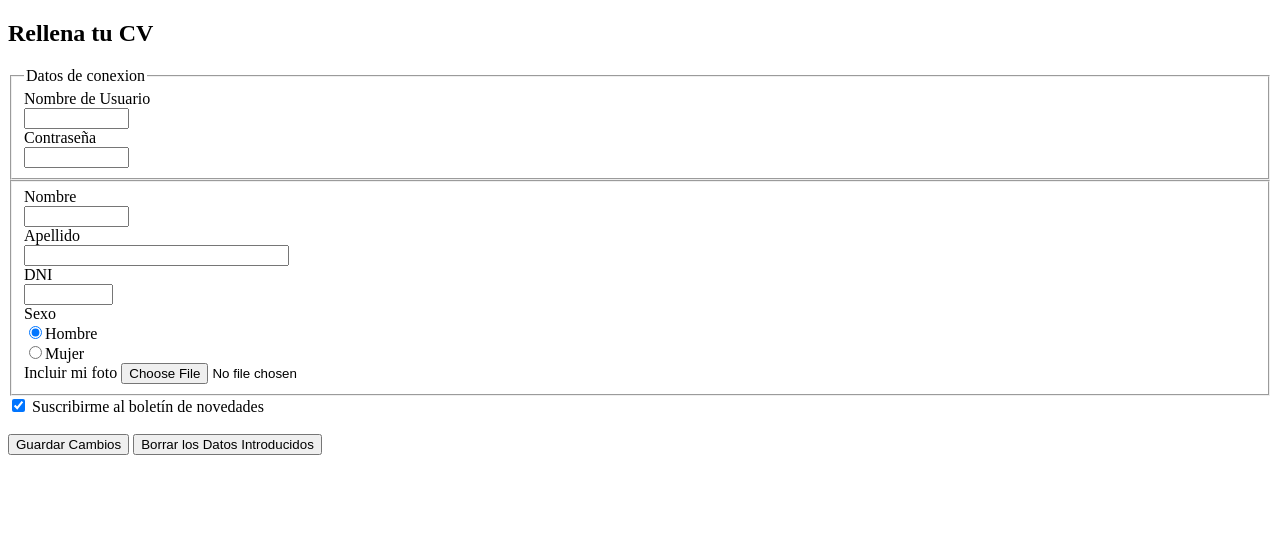
Repository: GonzaDelgado/JavaProjects
Page: modulo_html/WebContent/Form_avanzado.html
The author's editor kept a copy of each file at every save. The page is drawn from the files as they stood at one save, then again after the next save.
The browser window is 1280 px wide. The pictures show the whole page.

Above is the page before, as saved 2021-02-08 14:57:47.

### modulo_html/WebContent/Form_avanzado.html
<!DOCTYPE html>
<html>
<head>
<meta charset="UTF-8">
<title>Formulario Avanzado</title>
</head>
<body>
	<h2>Rellena tu CV</h2>
	<form action=".." method="post" enctype="multipart/form-data">
	<fieldset><legend>Datos de conexion</legend>
	<label for="nombre_usuario">Nombre de Usuario</label> <br/>
	<input type ="text" size="10" name="nombre_usuario" value="" maxlength="30"/><br>
	<label for="psw">Contraseña</label> <br/>
	<input type ="password" size="10" name="psw" value="" maxlength="10"/><br>
	</fieldset>
	<fieldset>
	<label for="nombre">Nombre</label> <br/>
	<input type ="text" size="10" name="nombre" value="" maxlength="30"/><br>
	<label for="apellido">Apellido</label> <br/>
	<input type ="text" size="30" name="apellido" value="" maxlength="80"/><br>
	<label for="dni">DNI</label> <br/>
	<input type="text" size="8" name="dni" value="" maxlength="10"/><br>
	<label for="sexo">Sexo</label> <br/>
	<input type="radio" name="sexo" value="hombre" checked="checked"/><label for="hombre">Hombre</label> <br/>
	<input type="radio" name="sexo" value="mujer"/><label for="mujer">Mujer</label> <br/>
	<label for="adjunto">Incluir mi foto</label> <input type="file" name="adjunto" /><br>
	</legend></fieldset>
	<input name="suscripcion_boletin" type="checkbox" value="suscripcion_boletin" checked="checked"/>
	<label for="suscripcion_boletin">Suscribirme al boletín de novedades</label> <br/><br>
	<input type="submit" name="guardar_cambios" value="Guardar Cambios">
	<input type="reset" name="limpiar" value="Borrar los Datos Introducidos">

	</form>
</body>
</html>

After the next save:
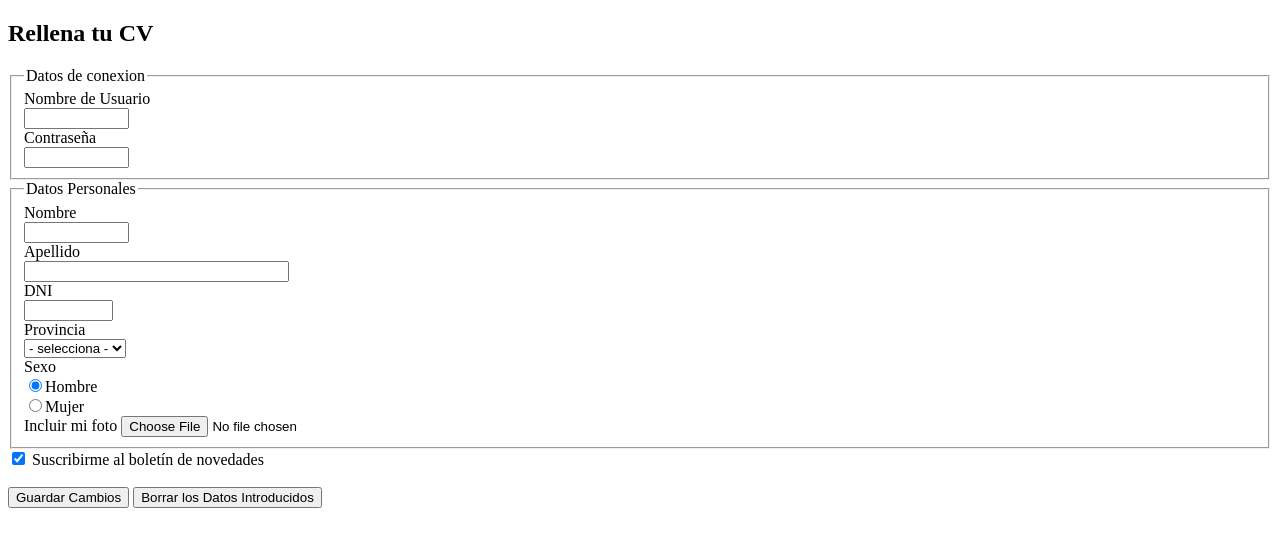
Saved 4 min 52 s later.
--- a/modulo_html/WebContent/Form_avanzado.html
+++ b/modulo_html/WebContent/Form_avanzado.html
@@ -13,13 +13,23 @@
 	<label for="psw">Contraseña</label> <br/>
 	<input type ="password" size="10" name="psw" value="" maxlength="10"/><br>
 	</fieldset>
-	<fieldset>
+	<fieldset><legend>Datos Personales</legend>
 	<label for="nombre">Nombre</label> <br/>
 	<input type ="text" size="10" name="nombre" value="" maxlength="30"/><br>
 	<label for="apellido">Apellido</label> <br/>
 	<input type ="text" size="30" name="apellido" value="" maxlength="80"/><br>
 	<label for="dni">DNI</label> <br/>
 	<input type="text" size="8" name="dni" value="" maxlength="10"/><br>
+	<label for="provincia">Provincia</label> <br/>
+	<select id="provincia" name="provincia">
+	<option value="" selected="selected">- selecciona -</option>
+	<option value="bsas">Buenos Aires</option>
+	<option value="caba">CABA</option>
+	<option value="mendoza">Mendoza</option>
+	<option value="cordoba">Córdoba</option>
+	<option value="neuquen">Neuquen</option>
+	<option value="otra">Otra</option>
+	</select><br>
 	<label for="sexo">Sexo</label> <br/>
 	<input type="radio" name="sexo" value="hombre" checked="checked"/><label for="hombre">Hombre</label> <br/>
 	<input type="radio" name="sexo" value="mujer"/><label for="mujer">Mujer</label> <br/>
